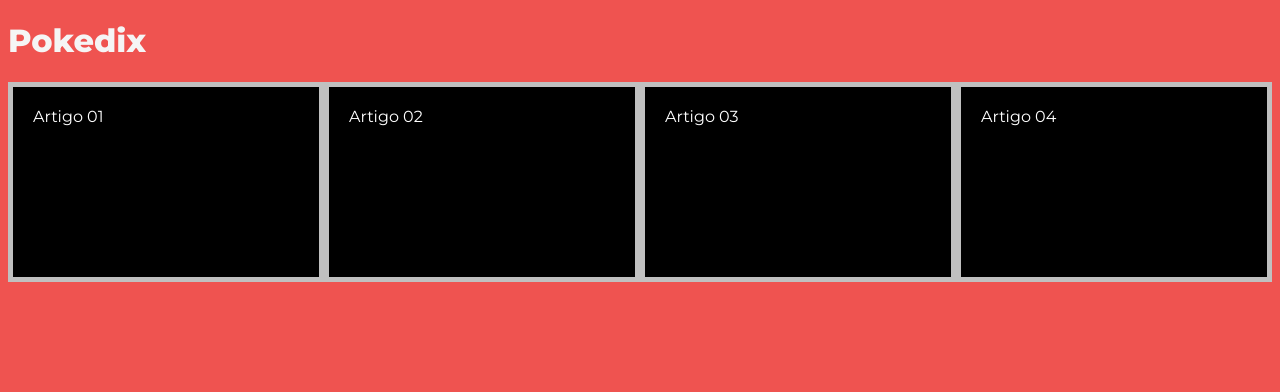
Repository: byjuliogomes/pokebyte
Page: index.html
An editor plug-in stored every save of this project. The page is shown before and after the next save, followed by the edit.
The browser window is 1280 px wide. The pictures show the whole page.

Above is the page before, as saved 2020-06-03 23:20:47.

### index.html
<!DOCTYPE html>
<html lang="pt-br">
<head>
    <meta charset="UTF-8">
    <meta name="viewport" content="width=device-width, initial-scale=1.0">
    <title>Pokedix</title>
    <link rel="stylesheet" href="app.css">
    <link href="https://fonts.googleapis.com/css2?family=Montserrat:wght@400;600;800;900&display=swap" rel="stylesheet">
</head>
<body>
    <h1>Pokedix</h1>
    <section class="container">
        <article class="item article-01">
            Artigo 01
        </article>
        <article class="item article-02">
            Artigo 02
        </article>
        <article class="item article-03">
            Artigo 03
        </article>
        <article class="item article-04">
            Artigo 04
        </article>
    </section>
    <script src="app.js"></script>
</body>
</html>

### app.css
* {
    font-family: 'Montserrat', sans-serif;
}

body {
    background-color: #EF5350;
    color: whitesmoke;
}

.container {
    background-color: silver;
    height: 200px;
    display: flex;
    flex-direction: row;
    flex-wrap: nowrap;
}

.item{
    background-color: black;
    color: #ffff;
    padding: 20px;
    margin: 5px;
    width: 50%;
}

### app.js
const fetchPokemon = () => {

};

After the next save:
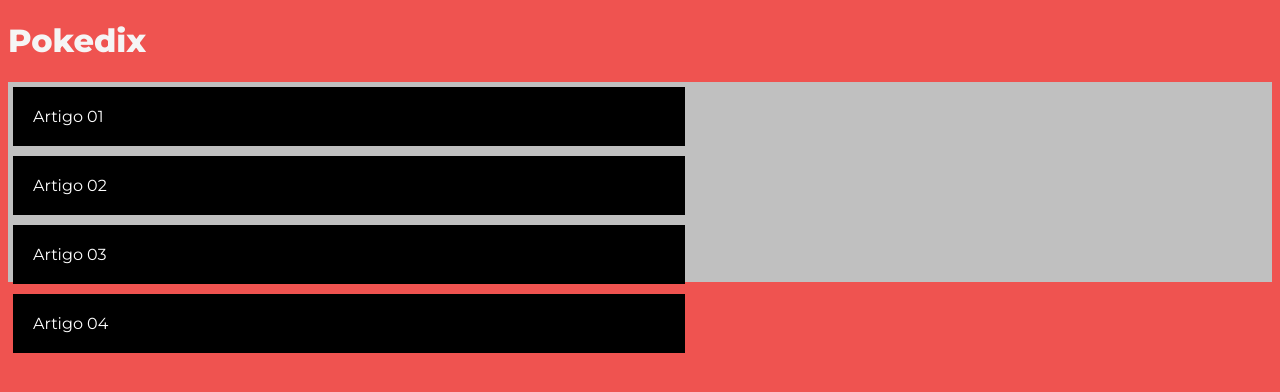
Saved 101 s later.
--- a/app.css
+++ b/app.css
@@ -12,7 +12,8 @@
     height: 200px;
     display: flex;
     flex-direction: row;
-    flex-wrap: nowrap;
+    flex-wrap: wrap;
+    flex-flow: row wrap;
 }
 
 .item{
